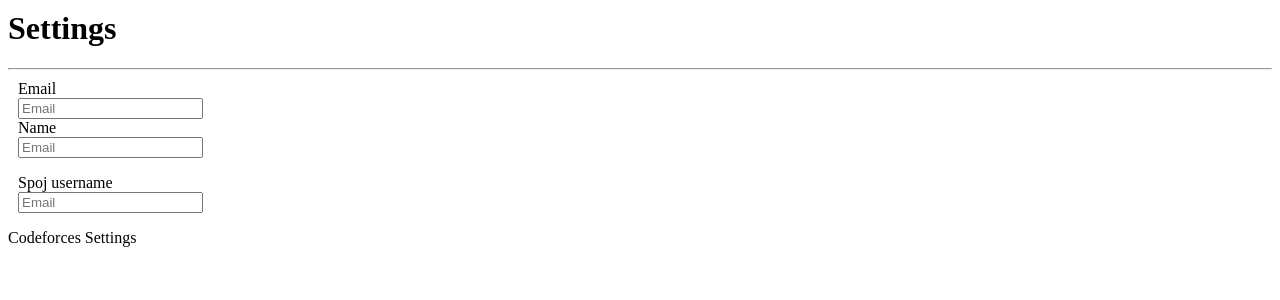
Repository: cjtoribio/algopit
Page: nodejs/public/partials/settings.html
The author's editor kept a record of every edit. The page is drawn from the files as they stood at one moment, then again after the next edit.
The browser window is 1280 px wide. The pictures show the whole page.

Above is the page before.

After the next edit:
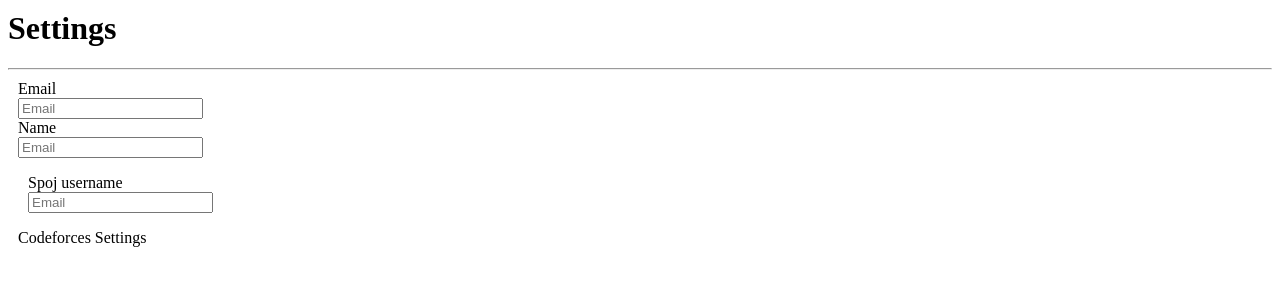
The edit:
--- a/nodejs/public/partials/settings.html
+++ b/nodejs/public/partials/settings.html
@@ -7,6 +7,8 @@
 			        <algo-pane title="General">
 			            <div class="container" style="margin: 10px;">
 			                <form class="form-horizontal">
+
+  								<div class="form-group">
 								<label for="i1" class="col-sm-2 control-label">Email</label>
 								<div class="col-sm-10">
 									<input type="email" class="form-control" id="i1" placeholder="Email">

After the 2 edits that followed:
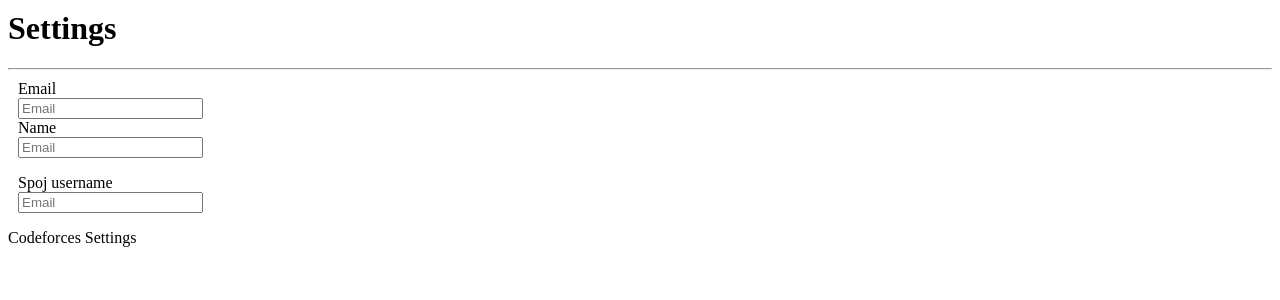
The 2 edits are shown as one change because 1 left the picture as it was.
The edit:
--- a/nodejs/public/partials/settings.html
+++ b/nodejs/public/partials/settings.html
@@ -13,9 +13,12 @@
 								<div class="col-sm-10">
 									<input type="email" class="form-control" id="i1" placeholder="Email">
 								</div>
+								</div>
+								<div class="form-group">
 								<label for="i1" class="col-sm-2 control-label">Name</label>
 								<div class="col-sm-10">
 									<input type="email" class="form-control" id="i1" placeholder="Email">
+								</div>
 								</div>
 			                </form>
 			            </div>
